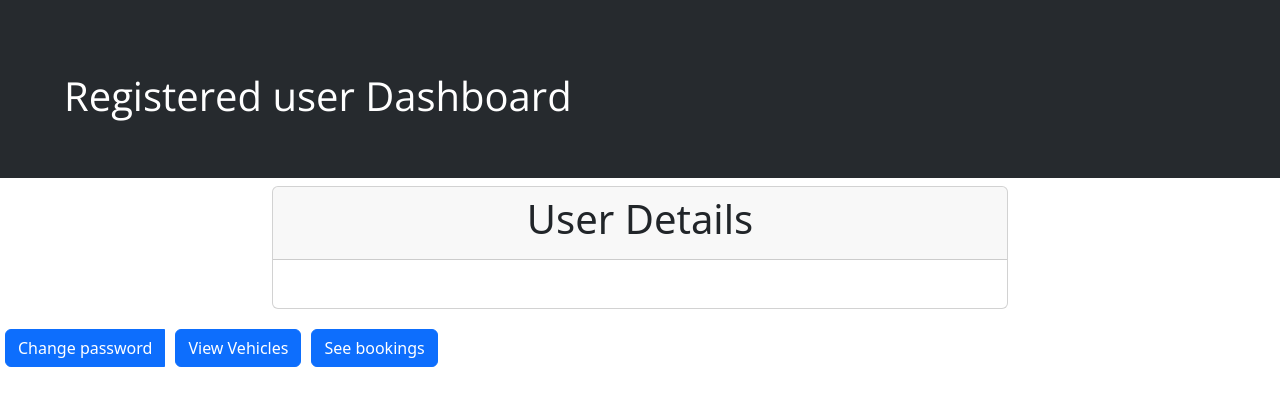
Repository: VimashaVishvani/VehicleRental
Page: http://localhost/Vehicle_rentalDb/registeredUser.jsp
An editor plug-in stored every save of this project. The page is shown before and after the next save, followed by the edit.
The browser window is 1280 px wide. The pictures show the whole page.
The page is served by Tomcat 9. Other server files are loaded and not shown.

Above is the page before, as saved 2024-05-12 09:29:27.

### Vehicle_rentalDb/src/main/webapp/registeredUser.jsp
<%@ page language="java" contentType="text/html; charset=ISO-8859-1" pageEncoding="ISO-8859-1"%>
<%@ taglib prefix="c" uri="http://java.sun.com/jsp/jstl/core"%>
<!DOCTYPE html>
<html>
<head>
<link href="https://fonts.googleapis.com/css2?family=Open+Sans&display=swap" rel="stylesheet">

<style>
	.dashboard{
	padding-top:10vh;
	padding-left:5%;
	padding-bottom:8vh;
    background-color:#262A2E; /* Pale background color */
    font-family: 'Open Sans', sans-serif; /* Use Open Sans font */
    color: #ffffff; /* White text color */


	}
	.btn-group {
    display: flex;
    justify-content: center;
    margin-top: 20px;
}

.btn-group .btn {
    margin: 0 5px;
}

</style>
    <meta charset="ISO-8859-1">
    <title>Car Owner</title>
    <link href="https://cdn.jsdelivr.net/npm/bootstrap@5.3.3/dist/css/bootstrap.min.css" rel="stylesheet" integrity="sha384-QWTKZyjpPEjISv5WaRU9OFeRpok6YctnYmDr5pNlyT2bRjXh0JMhjY6hW+ALEwIH" crossorigin="anonymous">
</head>
<body>

<c:if test="${param.result == 'booked'}">
    <script type="text/javascript">
        alert('You booked the car!');
    </script>
</c:if>
<c:if test="${param.result == 'Deleted'}">
    <script type="text/javascript">
        alert('record deleted!'');
    </script>
</c:if>

<h1 class="dashboard">Registered user Dashboard</h1>

<div class="container">
    <div class="row">
        <div class="col-md-8 offset-md-2">
            <div class="card">
                <div class="card-header">
                    <h1 class="text-center">User Details</h1>
                </div>
                <div class="card-body">
                    <table class="table">
                        <c:forEach var="user" items="${sessionScope.userDetails}">
                            <tr>
                                <td>Customer ID</td>
                                <td>${user.id}</td>
                            </tr>
                            <tr>
                                <td>Customer Name</td>
                                <td>${user.name}</td>
                            </tr>
                            <tr>
                                <td>Customer Email</td>
                                <td>${user.gmail}</td>
                            </tr>
                            <tr>
                                <td>Customer Phone</td>
                                <td>${user.phoneNumber}</td>
                            </tr>
                        </c:forEach>
                    </table>
                </div>
            </div>
        </div>
    </div>
</div>
<div class="btn-group">
<c:set var="userId" value="${sessionScope.userDetails[0].id}" />
<c:set var="pass" value="${sessionScope.userDetails[0].password}" />
<a href="userChangePw.jsp?id=${userId}&result=a&pw=${pass}" class="btn btn-primary">Change password</a>


<form action="vehicleServelet" method="get">
    <input type="hidden" value="${userId}" name="id">
    <input type="hidden" value="viewAvailableVehicle" name="task">
    <button type="submit"  class="btn btn-primary">View Vehicles</button>
</form>

<form action="bookingServlet" method="get">
    <input type="hidden" value="${userId}" name="id">
    <input type="hidden" value="ViewBookings" name="task">
    <button type="submit"  class="btn btn-primary">See bookings</button>
</form>
</div>
</body>
</html>

After the next save:
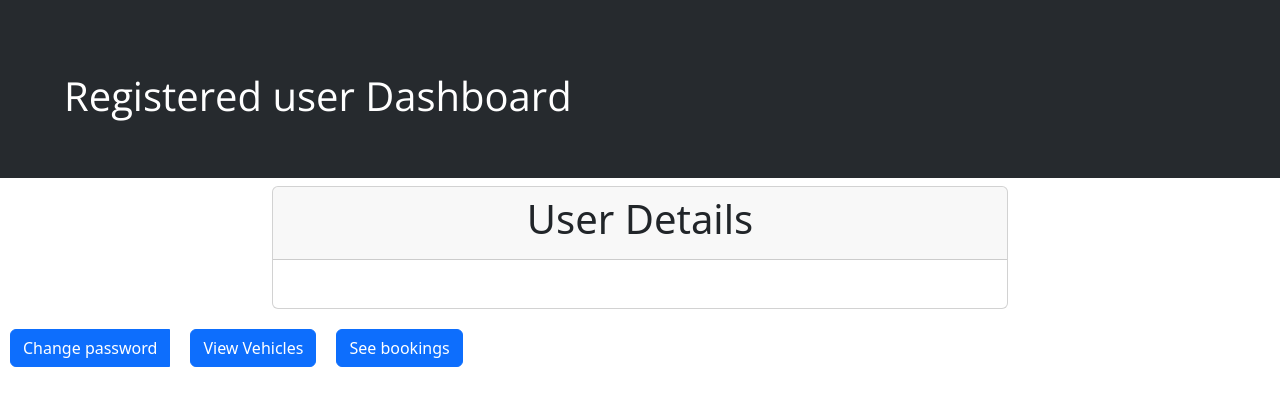
Saved 47 s later.
--- a/Vehicle_rentalDb/src/main/webapp/registeredUser.jsp
+++ b/Vehicle_rentalDb/src/main/webapp/registeredUser.jsp
@@ -16,14 +16,15 @@
 
 
 	}
-	.btn-group {
+.btn-group {
     display: flex;
     justify-content: center;
     margin-top: 20px;
+    align-items: center; /* Center items vertically */
 }
 
 .btn-group .btn {
-    margin: 0 5px;
+    margin: 0 10px; /* Add some spacing between buttons */
 }
 
 </style>
